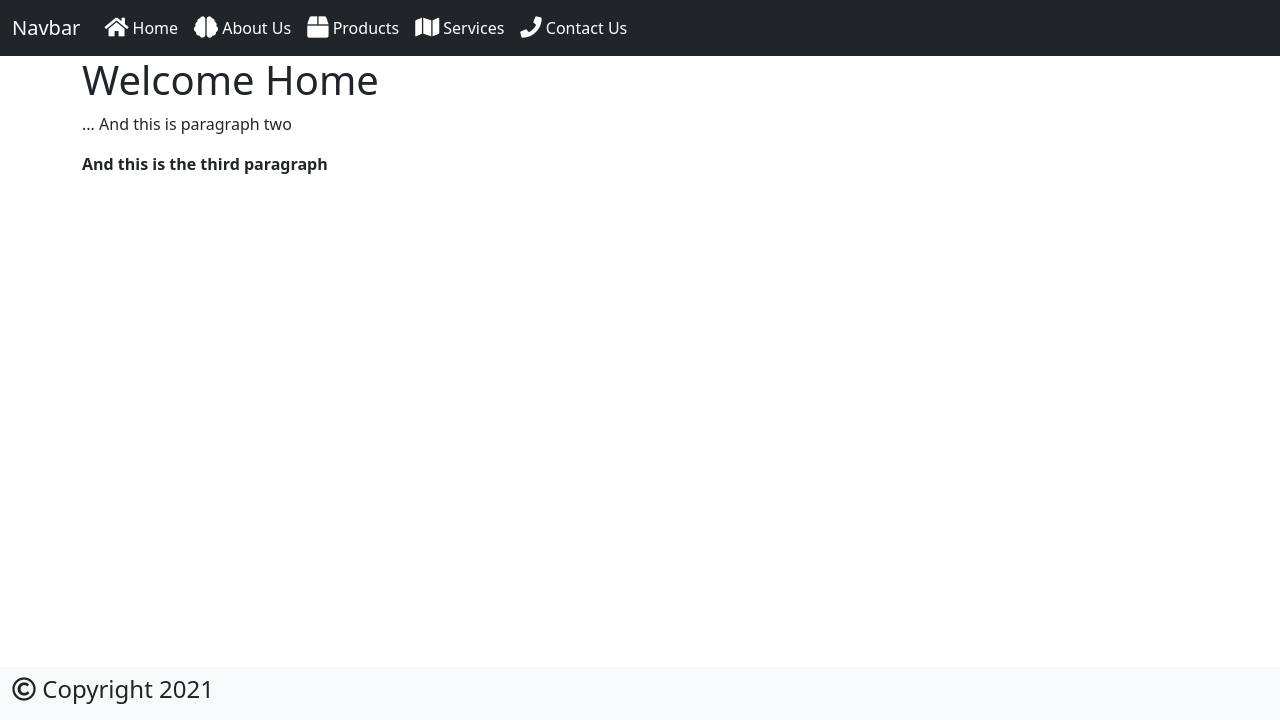
Repository: AshokSasi/WEBD6201-Week3
Page: index.html
These files come from the project's save history. The page is drawn as it stood at one moment and after the next save; the edit follows.
The browser window is 1280 px wide. The pictures show the whole page.

Above is the page before, as saved 2021-01-21 09:41:53.

### index.html
<!DOCTYPE html>
<html lang="en">
<head>
    <meta charset="UTF-8">
    <meta name="viewport" content="width=device-width, initial-scale=1.0">
    <title>WEBD6201 - W2021 - ICE 1</title>
    <!-- CSS Section-->
    <link rel="stylesheet" href="./Content/app.css">
    <link rel="stylesheet" href="./node_modules/bootstrap/dist/css/bootstrap.min.css">
    <link rel="stylesheet" href="./node_modules/@fortawesome/fontawesome-free/css/all.min.css">
</head>
<body>
    <header>
        <nav class="navbar navbar-expand-lg navbar-dark bg-dark">
            <div class="container-fluid">
              <a class="navbar-brand" href="#">Navbar</a>
              <button class="navbar-toggler" type="button" data-bs-toggle="collapse" data-bs-target="#navbarSupportedContent" aria-controls="navbarSupportedContent" aria-expanded="false" aria-label="Toggle navigation">
                <span class="navbar-toggler-icon"></span>
              </button>
              <div class="collapse navbar-collapse" id="navbarSupportedContent">
                <ul class="navbar-nav me-auto mb-2 mb-lg-0">
                  <li class="nav-item">
                    <a class="nav-link active" aria-current="page" href="#"><i class="fas fa-home fa-lg"></i> Home</a>
                  </li>
                  <li class="nav-item">
                    <a class="nav-link active" aria-current="page" href="#"><i class="fas fa-brain fa-lg"></i> About Us</a>
                  </li>
                  <li class="nav-item">
                    <a class="nav-link active" aria-current="page" href="#"><i class="fas fa-box fa-lg"></i> Products</a>
                  </li>
                  <li class="nav-item">
                    <a class="nav-link active" aria-current="page" href="#"><i class="fas fa-map fa-lg"></i> Services</a>
                  </li>
                  <li class="nav-item">
                    <a class="nav-link active" aria-current="page" href="#"><i class="fas fa-phone fa-lg"></i> Contact Us</a>
                  </li>
                </ul>

              </div>
            </div>
          </nav>
    </header>

    <main class="container">
        <h1>Welcome to WEBD 6201</h1>

        <p id="paragraphOne"></p>
    </main>

    <!--Footer Nav -->
    <footer>
        <nav class="navbar fixed-bottom navbar-light bg-light">
            <div class="container-fluid">
              <h4><i class="far fa-copyright"></i> Copyright 2021</h4>
            </div>
          </nav>
    </footer>

    <!--Javascript section-->
    <script src="./Scripts/app.js"></script>
    <script src="./node_modules/jquery/dist/jquery.min.js"></script>
    <script src="./node_modules/bootstrap/dist/js/bootstrap.bundle.min.js"></script>
</body>
</html>

### Scripts/app.js

//IIFE Immediately Function Expression
//AKA - Anonymous Self- Executing Function
//Closure - Limits scop leak

"use strict";

(function()
{
    function Start()
    {
        console.log("App started ...");
        let paragraphOneText = "This is a simple site to demonstrate DOM manipulation for ICE 1";

        let paragraphOneElement = document.getElementById("paragraphOne");

        paragraphOneElement.textContent= paragraphOneText;
        paragraphOneElement.className="fs-5";

        // Step 1: document.createElement
        let newParagraph  = document.createElement("p");
        // Step 2: Configure the element
        newParagraph.setAttribute("id","paragraphTwo");
        newParagraph.textContent = "... And this is paragraph two";
        // Step 3: Select the parent element
        let mainContent = document.getElementsByTagName("main")[0];
        // Step4: Add/Insert the element
        mainContent.appendChild(newParagraph);

        newParagraph.className = "fs-6";

        //another way of injecting content
       let paragraphDiv = document.createElement("div");
       let paragraphThree= `<p id="paragraphThree" class="fs-7 fw-bold">And this is the third paragraph</p>`;
        paragraphDiv.innerHTML = paragraphThree;

        //example of inserting before a node.
      //  newParagraph.before(paragraphDiv)

      //example of inserting after a node.
      newParagraph.after(paragraphDiv);

      //delete elements
      //paragraphOneElement.remove();

      //example of remove child
      mainContent.removeChild(paragraphOneElement);

      //update / modification
      mainContent.firstElementChild.textContent = "Welcome Home";


    }
    window.addEventListener("load", Start);
})();

Loaded but not shown: node_modules/bootstrap/dist/css/bootstrap.min.css (library); node_modules/@fortawesome/fontawesome-free/css/all.min.css (library); node_modules/jquery/dist/jquery.min.js (library); node_modules/bootstrap/dist/js/bootstrap.bundle.min.js (library); Content/app.css (no stored copy; drawn as an empty file)

After the next save:
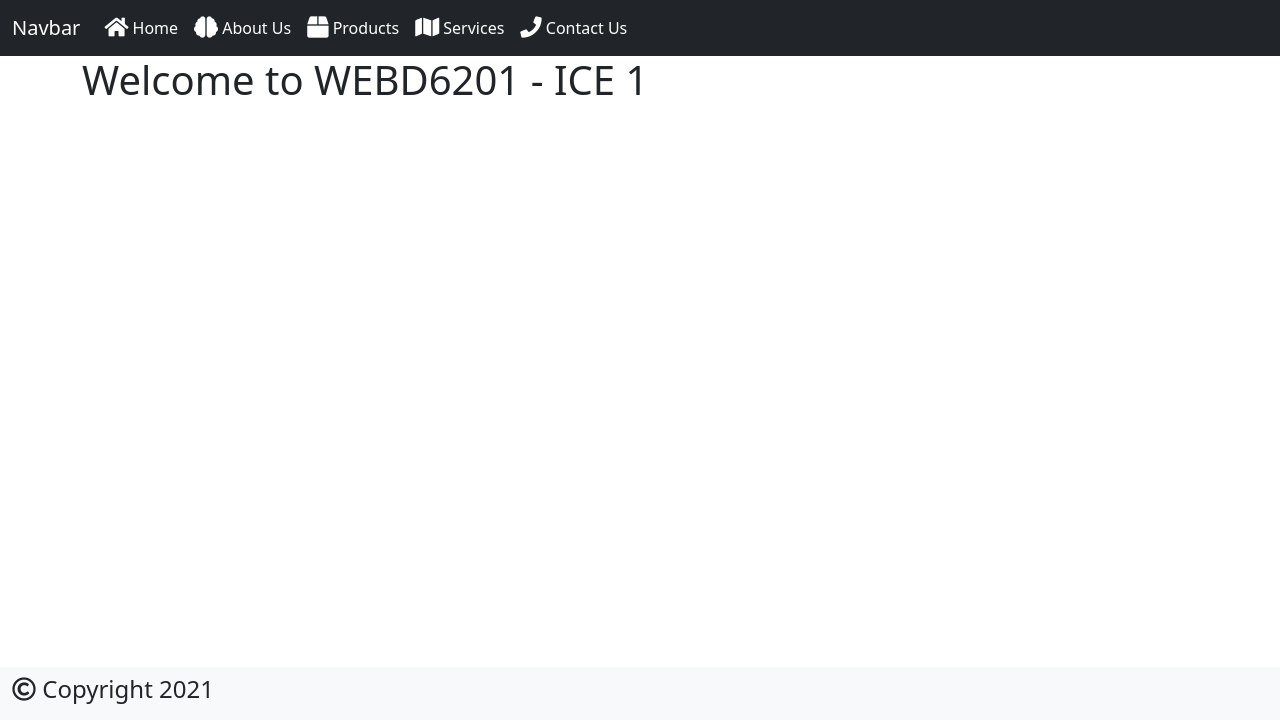
Saved 2 min 6 s later.
--- a/Scripts/app.js
+++ b/Scripts/app.js
@@ -47,7 +47,11 @@
       mainContent.removeChild(paragraphOneElement);
 
       //update / modification
-      mainContent.firstElementChild.textContent = "Welcome Home";
+     // mainContent.firstElementChild.textContent = "Welcome Home";
+
+     mainContent.innerHTML =
+     `<h1 id="firstHeading">Welcome to WEBD6201 - ICE 1</h1>
+     `
 
 
     }
